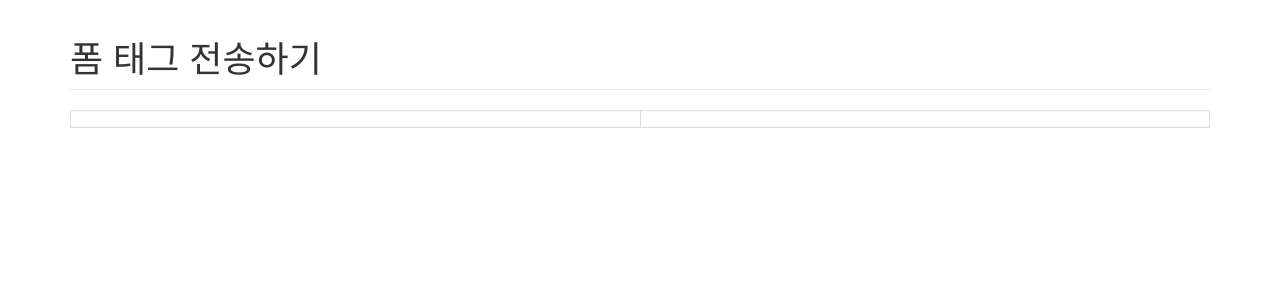
Repository: kimgyuseok/Server
Page: http://localhost/JSPTest/ex04.jsp
These files come from the project's save history. The page is drawn as it stood at one moment and after the next save; the edit follows.
The browser window is 1280 px wide. The pictures show the whole page.
The page is served by Tomcat 9.

Above is the page before, as saved 2022-01-06 03:33:36.

### JSPTest/src/main/webapp/ex04.jsp

<%@ page language="java" contentType="text/html; charset=UTF-8"
    pageEncoding="UTF-8"%>

<!DOCTYPE html>
<html>
<head>
<meta charset="UTF-8">
<title>Insert title here</title>
<%@ include file="/inc/asset.jsp" %>
</head>
<body>

	<div class="container">

		<h1 class="page-header">폼 태그 전송하기</h1>

		<table class="table table-bordered">
			<tr>
				<th></th>
				<td></td>
			</tr>
		</table>

	</div>


</body>
</html>

### JSPTest/src/main/webapp/inc/asset.jsp
<%@ page language="java" contentType="text/html; charset=UTF-8"
    pageEncoding="UTF-8"%>
<!-- asset.jsp -->

<link rel="stylesheet" href="/jsp/asset/css/bootstrap.css">

<script src="/jsp/asset/js/jquery-1.12.4.js"></script>
<script src="/jsp/asset/js/bootstrap.js"></script>

Loaded but not shown: JSPTest/src/main/webapp/asset/css/bootstrap.css (library); JSPTest/src/main/webapp/asset/js/jquery-1.12.4.js (library); JSPTest/src/main/webapp/asset/js/bootstrap.js (library)

After the next save:
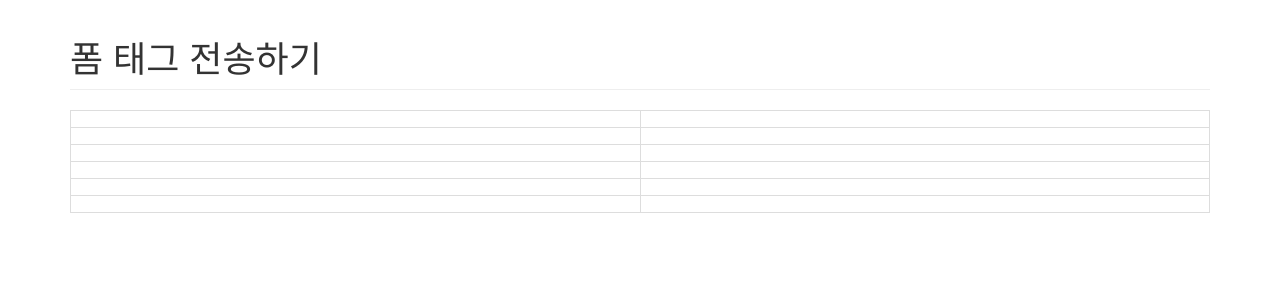
Saved 15 s later.
--- a/JSPTest/src/main/webapp/ex04.jsp
+++ b/JSPTest/src/main/webapp/ex04.jsp
@@ -20,6 +20,26 @@
 				<th></th>
 				<td></td>
 			</tr>
+			<tr>
+				<th></th>
+				<td></td>
+			</tr>
+			<tr>
+				<th></th>
+				<td></td>
+			</tr>
+			<tr>
+				<th></th>
+				<td></td>
+			</tr>
+			<tr>
+				<th></th>
+				<td></td>
+			</tr>
+			<tr>
+				<th></th>
+				<td></td>
+			</tr>
 		</table>
 
 	</div>
